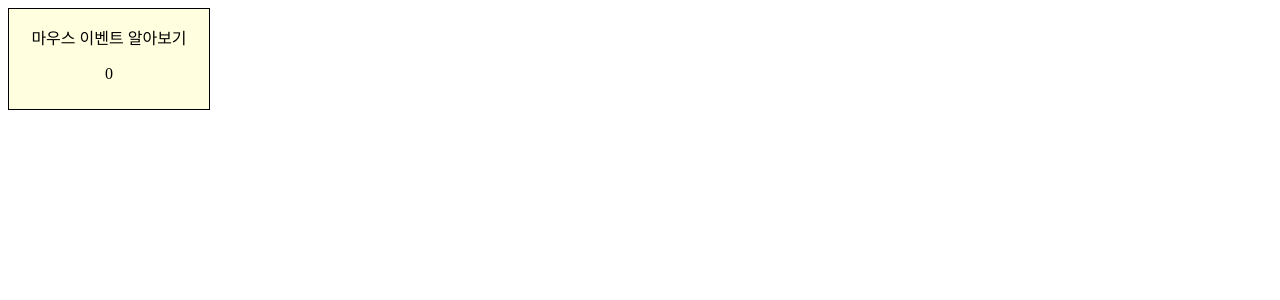
Repository: yoojisoo/YONSAI
Page: http://localhost/teatJava/html/script04.jsp
These files come from the project's save history. The page is drawn as it stood at one moment and after the next save; the edit follows.
The browser window is 1280 px wide. The pictures show the whole page.
The page is served by Tomcat 9.

Above is the page before, as saved 2021-08-20 03:46:38.

### jsworkspace/teatJava/src/main/webapp/html/script04.jsp
<%@ page language="java" contentType="text/html; charset=UTF-8"
    pageEncoding="UTF-8"%>
<!DOCTYPE html>
<html>
<head>
<meta charset="UTF-8">
<title>제이쿼리2</title>
<script src="../js/jquery-3.6.0.js"></script> <!--제이쿼리라이브러리-->
<script>
	var n=0;
	$(document).ready(function(){
		$("div.out").mouseenter(function(){
			$("p:first",this).text("마우스 포인트 들어옴"); //this가 있을수도 있다...
			$("p:last",this).text(++n);
		});
		$("div.in").mouseleave(function(){
			$("p:first").text("마우스 포인트 나감");
			$("p:last").text("최종횟수 :" + n);
		});
	});
</script>
<style>
	div.out{
		width : 200px;
		height : 100px;
		border : 1px solid #000000;
		text-align : center;
		background-color : lightyellow;
	}
	div.in{
		width : 200px;
		height : 100px;
		border : 1px solid #000000;
		text-align : center;
		background-color : lightblue;
	}
</style>

</head>
<body>
	<div class="out">
		<p>마우스 이벤트 알아보기</p>
		<p>0</p>
	</div>
</body>
</html>

Loaded but not shown: jsworkspace/teatJava/src/main/webapp/js/jquery-3.6.0.js (library)

After the next save:
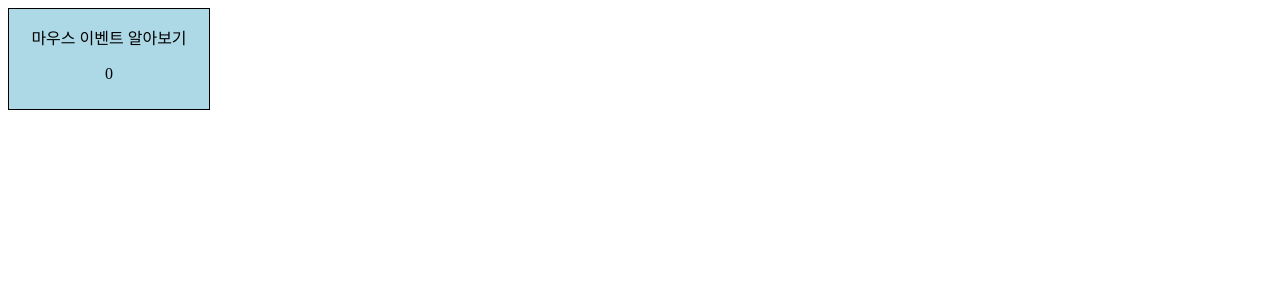
Saved 18 s later.
--- a/jsworkspace/teatJava/src/main/webapp/html/script04.jsp
+++ b/jsworkspace/teatJava/src/main/webapp/html/script04.jsp
@@ -13,7 +13,7 @@
 			$("p:first",this).text("마우스 포인트 들어옴"); //this가 있을수도 있다...
 			$("p:last",this).text(++n);
 		});
-		$("div.in").mouseleave(function(){
+		$("div.out").mouseleave(function(){
 			$("p:first").text("마우스 포인트 나감");
 			$("p:last").text("최종횟수 :" + n);
 		});
@@ -27,7 +27,7 @@
 		text-align : center;
 		background-color : lightyellow;
 	}
-	div.in{
+	div.out{
 		width : 200px;
 		height : 100px;
 		border : 1px solid #000000;

After the save that followed:
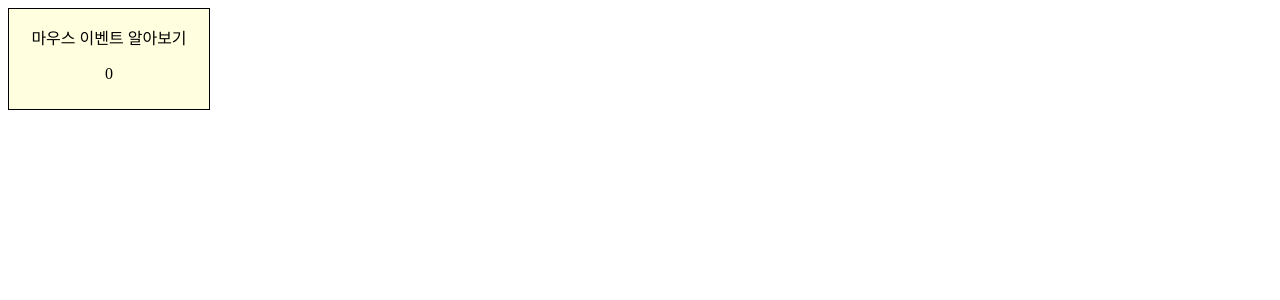
Saved 112 s later.
--- a/jsworkspace/teatJava/src/main/webapp/html/script04.jsp
+++ b/jsworkspace/teatJava/src/main/webapp/html/script04.jsp
@@ -14,6 +14,7 @@
 			$("p:last",this).text(++n);
 		});
 		$("div.out").mouseleave(function(){
+			$("div.out").css("background-color","lightgreen");
 			$("p:first").text("마우스 포인트 나감");
 			$("p:last").text("최종횟수 :" + n);
 		});
@@ -28,12 +29,7 @@
 		background-color : lightyellow;
 	}
 	div.out{
-		width : 200px;
-		height : 100px;
-		border : 1px solid #000000;
-		text-align : center;
-		background-color : lightblue;
-	}
+
 </style>
 
 </head>
